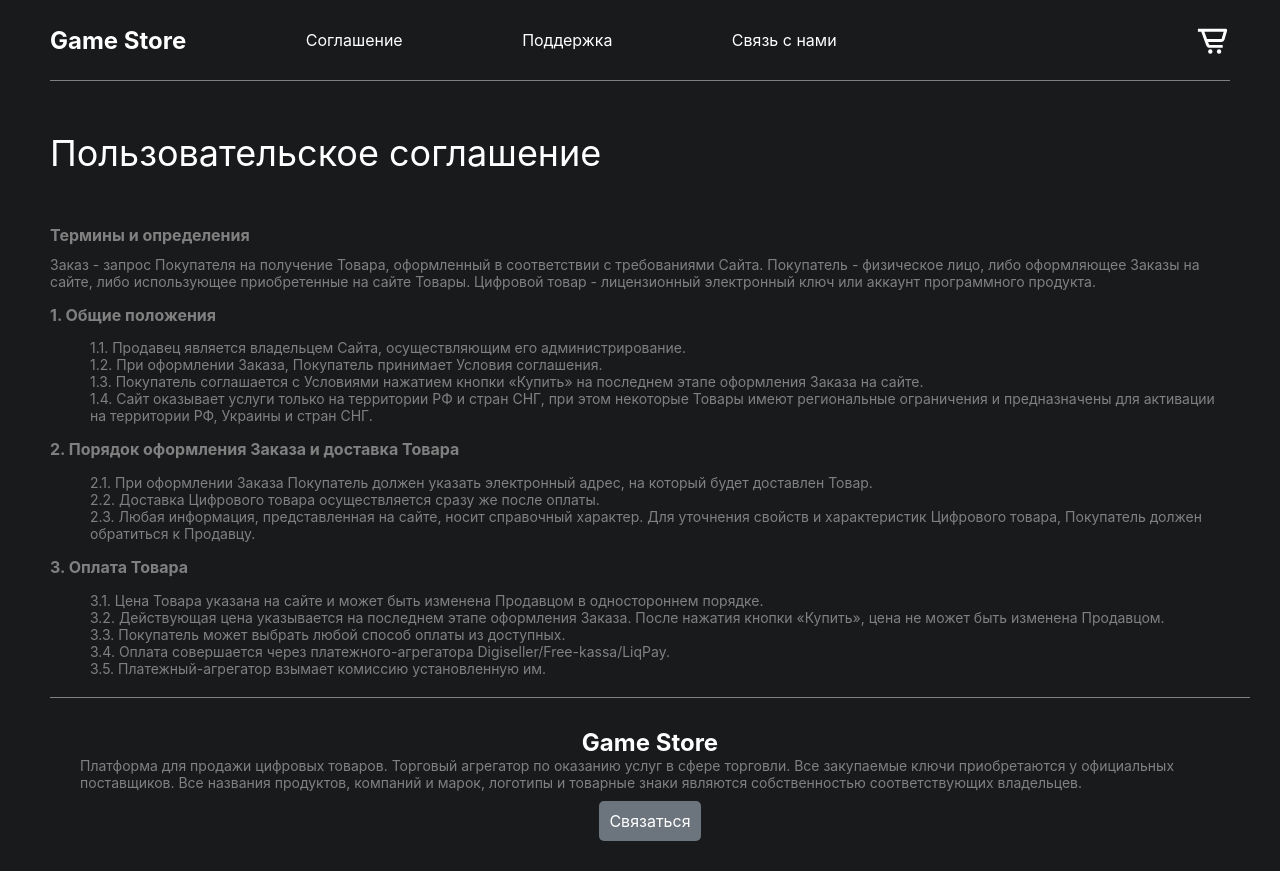
Repository: Minkeani/GameStore
Page: /agreement
The author's editor kept a copy of each file at every save. The page is drawn from the files as they stood at one save, then again after the next save.
The browser window is 1280 px wide. The pictures show the whole page.
The project was rebuilt for these pictures with package versions that can differ from the ones it lists, and the page was loaded fresh each time. Also part of the build but not shown: src/components/ItemsInCart/ItemsInCart.css, src/components/ItemsInCart/ItemsInCart.jsx, src/components/CartMenu/CartMenu.css, src/components/Btn/Btn.css, src/components/Btn/Btn.jsx, src/components/CartItem/CartItem.css, src/components/CartItem/CartItem.jsx, src/components/utils/utils.js and 18 more.

Above is the page before, as saved 2022-09-11 11:49:13.

### src/index.js
import React from 'react';
import ReactDOM from 'react-dom/client';
import './index.css';
import App from './App';
import reportWebVitals from './reportWebVitals';

const root = ReactDOM.createRoot(document.getElementById('root'));
root.render(
    <App />
);

### src/index.css
body {
  margin: 0;
  min-height: 100%;
  font-family: -apple-system, BlinkMacSystemFont, 'Segoe UI', 'Roboto', 'Oxygen',
    'Ubuntu', 'Cantarell', 'Fira Sans', 'Droid Sans', 'Helvetica Neue',
    sans-serif;
  -webkit-font-smoothing: antialiased;
  -moz-osx-font-smoothing: grayscale;
    background-color: rgb(25, 26, 28);
}

code {
  font-family: source-code-pro, Menlo, Monaco, Consolas, 'Courier New',
    monospace;
}

.App {
  max-width: 1180px;;
  margin: 0 auto;
  padding: 0 40px;
  color: white;
}

a {
  color: white;
  text-decoration: none;
}

.secondary-text {
  color: rgb(80, 82, 84);
}

### src/App.js
import { BrowserRouter, Routes, Route } from "react-router-dom";
import Header from "./components/Header/Header";
import { Provider } from "react-redux";
import GamePage from "./components/GamePage/GamePage";
import OrderPage from "./components/OrderPage/OrderPage";
import HomePage from "./pages/HomePage/HomePage";
import {store} from './redux'
import Agreement from "./components/Agreement/Agreement";
import Footer from "./components/Footer/Footer";
import Support from "./components/Support/Support";


function App() {
  return (
    <Provider store={store}>
    <BrowserRouter>
      <div className="App">
        <Header />
        <Routes>
          <Route path="/" element={<HomePage />} />
          <Route path="/app/:title" element={<GamePage />} />
          <Route path="/order" element={<OrderPage />} />
          <Route path="/agreement" element={<Agreement />} />
          <Route path="/support" element={<Support />} />
        </Routes>
        <Footer/>
      </div>
    </BrowserRouter>
    </Provider>
  );
}

export default App;

### src/components/Header/Header.js
import React from 'react'
import { Link } from 'react-router-dom'
import CartBlock from '../CartBlock/CartBlock'
import './Header.css'

export default function Header() {
  return (
    <div className="header">
      <div className="wrapper">
            <Link to='/' className='header__store-title'>Game Store</Link>
            <Link to='/Agreement'>Соглашение</Link>
            <Link to='/support'>Поддержка</Link>
            <a to='/'>Связь с нами</a>

      </div>
      <div className="wrapper header__cart-btn-wrapper">
        <CartBlock/>
      </div>
    </div>
  )
}

### src/redux/index.js
import { configureStore } from '@reduxjs/toolkit';
import gamesReducer from './games/gamesReducer';
import reducerCart from './cart/reducerCart';

export const store = configureStore({
    reducer: {
        games: gamesReducer,
        cart: reducerCart
    }
  })

### src/components/Agreement/Agreement.jsx
import React from "react";
import Title from "../Ui/Title/Title";
import BigTitle from "../Ui/BigTitle/BigTitle";
import P from "../Ui/P/P";
import "./Agreement.css";

const Agreement = () => {
  return (
    <div>
      <BigTitle>Пользовательское соглашение</BigTitle>
      <Title>Термины и определения</Title>
      <P>
        Заказ - запрос Покупателя на получение Товара, оформленный в
        соответствии с требованиями Сайта. Покупатель - физическое лицо, либо
        оформляющее Заказы на сайте, либо использующее приобретенные на сайте
        Товары. Цифровой товар - лицензионный электронный ключ или аккаунт
        программного продукта.
      </P>
      <Title>1. Общие положения</Title>
      <P>
        <ul className="list">
          <li>
            1.1. Продавец является владельцем Сайта, осуществляющим его
            администрирование.
          </li>
          <li>
            1.2. При оформлении Заказа, Покупатель принимает Условия соглашения.
          </li>
          <li>
            1.3. Покупатель соглашается с Условиями нажатием кнопки «Купить» на
            последнем этапе оформления Заказа на сайте.
          </li>
          <li>
            1.4. Сайт оказывает услуги только на территории РФ и стран СНГ, при
            этом некоторые Товары имеют региональные ограничения и предназначены
            для активации на территории РФ, Украины и стран СНГ.
          </li>
        </ul>
      </P>
      <Title>2. Порядок оформления Заказа и доставка Товара</Title>
      <P>
        <ul className="list">
          <li>
            2.1. При оформлении Заказа Покупатель должен указать электронный
            адрес, на который будет доставлен Товар.
          </li>
          <li>
            2.2. Доставка Цифрового товара осуществляется сразу же после оплаты.
          </li>
          <li>
            2.3. Любая информация, представленная на сайте, носит справочный
            характер. Для уточнения свойств и характеристик Цифрового товара,
            Покупатель должен обратиться к Продавцу.
          </li>
          <li></li>
        </ul>
      </P>
      <Title>3. Оплата Товара</Title>
      <P>
        <ul className="list">
          <li>
            3.1. Цена Товара указана на сайте и может быть изменена Продавцом в
            одностороннем порядке.
          </li>
          <li>
            3.2. Действующая цена указывается на последнем этапе оформления
            Заказа. После нажатия кнопки «Купить», цена не может быть изменена
            Продавцом.
          </li>
          <li>
            3.3. Покупатель может выбрать любой способ оплаты из доступных.
          </li>
          <li>
            3.4. Оплата совершается через платежного-агрегатора
            Digiseller/Free-kassa/LiqPay.
          </li>
          <li>3.5. Платежный-агрегатор взымает комиссию установленную им.</li>
        </ul>
      </P>
    </div>
  );
};

export default Agreement;

### src/components/Footer/Footer.jsx
import React from "react";
import "./Footer.css";
import { Link } from "react-router-dom";
import P from "../Ui/P/P";

const Footer = () => {
  return (
    <footer className="footer">
      <div className="wrapper__footer">
        <Link to="/" className="header__store-title">
          Game Store
        </Link>

        <div>
          <P>
            Платформа для продажи цифровых товаров. Торговый агрегатор по
            оказанию услуг в сфере торговли. Все закупаемые ключи приобретаются
            у официальных поставщиков. Все названия продуктов, компаний и марок,
            логотипы и товарные знаки являются собственностью соответствующих
            владельцев.
          </P>
          <a href="https://linktr.ee/minkeani" target="blank">
            Связаться
          </a>
        </div>
      </div>
    </footer>
  );
};

export default Footer;

### src/components/CartBlock/CartBlock.jsx
import React, { useState, useCallback } from "react";
import "./CartBlock.css";
import { useSelector } from "react-redux";
import { BiCartAlt } from "react-icons/bi";
import ItemsInCart from "../ItemsInCart/ItemsInCart";
import CartMenu from "../CartMenu/CartMenu";
import { useNavigate } from "react-router-dom";

export default function CartBlock() {
  const items = useSelector((state) => state.cart.itemsInCart);
  const totalPrice = items.reduce((acc, game) => (acc += game.price), 0);
  const [isCartMenuVisible, setCartMenuVisible] = useState(false)

  const navigate = useNavigate()

  const handleClick = useCallback(() => {
    setCartMenuVisible(false)
    navigate('/order')
  }, [navigate])

  return (
    <div className="cart-block">
      <ItemsInCart quantity={items.length}/>
      <BiCartAlt size={35} className="cart-icon" onClick={() => setCartMenuVisible(!isCartMenuVisible)} />
      {totalPrice > 0 ? (
        <span className="total-price">{totalPrice} руб</span>
      ) : null}

     {isCartMenuVisible ? <CartMenu items={items} onClick={handleClick} /> : ''}
    </div>
  );
}

### src/components/Header/Header.css
.header {
    height: 80px;
    display: flex;
    align-items: center;
    justify-content: space-between;
    margin-bottom: 30px;
    border-bottom: 1px solid gray
}

.wrapper {
    display: flex;
    flex-grow: 1;
    align-items: center;
    justify-content: space-between;

}

.wrapper a{

}

.header__store-title {
    color: white;
    text-decoration: none;
    font-size: 24px;
    font-weight: bold;
}

.header__cart-btn-wrapper {
    justify-content: flex-end;
}

### src/redux/games/gamesReducer.js
import { createSlice } from '@reduxjs/toolkit'

const gamesSlice = createSlice({
  name: 'games',
  initialState: {
    currentGame: null
  },
  reducers: {
    setCurrentGame: (state, action) => {
      state.currentGame = action.payload
    },
  }
});

export const { setCurrentGame } = gamesSlice.actions;
export default gamesSlice.reducer;

### src/redux/cart/reducerCart.js
import { createSlice } from "@reduxjs/toolkit";

const cartSlice = createSlice({
    name: 'cart',
    initialState: {
        itemsInCart: []
    },
    reducers: {
        setItemInCart: (state, action) => {
            state.itemsInCart.push(action.payload)
    },
        deleteItemFromCart: (state, action) => {
        state.itemsInCart = state.itemsInCart.filter(game => game.id !== action.payload)
    }
}
});

export const {setItemInCart, deleteItemFromCart} = cartSlice.actions;
export default cartSlice.reducer;

### src/components/Ui/Title/Title.jsx
import React from 'react';
import './Title.css'

const Title = ({children}) => {
    return (
        <div className='Title'>
            {children}
        </div>
    );
}

export default Title;

### src/components/Ui/BigTitle/BigTitle.jsx
import React from 'react';
import './BigTitle.css'

const BigTitle = ({children}) => {
    return (
        <h2 className='BigTitle'>
            {children}
        </h2>
    );
}

export default BigTitle;

### src/components/Ui/P/P.jsx
import React from 'react';
import './P.css'

const P = ({children}) => {
    return (
        <div className='paragraph'>
            {children}
        </div>
    );
}

export default P;

### src/components/Agreement/Agreement.css
.list li{
    list-style-type: none
}

### src/components/Footer/Footer.css
.footer {
    height: 100%;
    padding: 10px;
    width: 100%;
    display: flex;
    flex-grow: 1;
    position: relative;
    margin-bottom: 0;
    margin-top: 20px;
    border-top: 1px solid gray
}

.wrapper__footer {
    display: flex;
    margin: 20px;
    flex-grow: 1;
    flex-direction: column;
    align-items: center;
    justify-content: space-between;
}

.wrapper__footer div {
    display: flex;
    align-items: center;
    justify-content: center;
    flex-direction: column
}
.wrapper__footer div a{
    color: #ffffff;
    background-color: #6c757d;
    border: none;
    padding: 10px;
    border-radius: 5px;
}

.wrapper__footer div a:hover{
    color: #ffffff;
    background-color:  #3e4042;
}

### src/components/CartBlock/CartBlock.css
.cart-block {
    display: flex;
    align-items: center;
    position: relative;
}

.total-price {
    margin-left: 15px;
    font-size: 18px;
    font-weight: bold;
}

.cart-icon {
    cursor: pointer;
    position: relative;
}

### src/components/Ui/Title/Title.css
.Title {
    color: gray;
    font-weight: 700;
    line-height: 1.3;
    margin: 15px 0 10px;
}

### src/components/Ui/BigTitle/BigTitle.css
.BigTitle {
    font-size: 36px;
    font-weight: 400;
    color: #fff;
    padding: 20px 0;
}

### src/components/Ui/P/P.css
.paragraph {
    margin-bottom: 10px;
    color: gray;
    font-size: 14px;
    font-weight: 400;
    font-style: normal;
}

Loaded but not shown: public/index.html (common file); src/reportWebVitals.js (common file); src/components/Support/Support.css (no stored copy; drawn as an empty file)

After the next save:
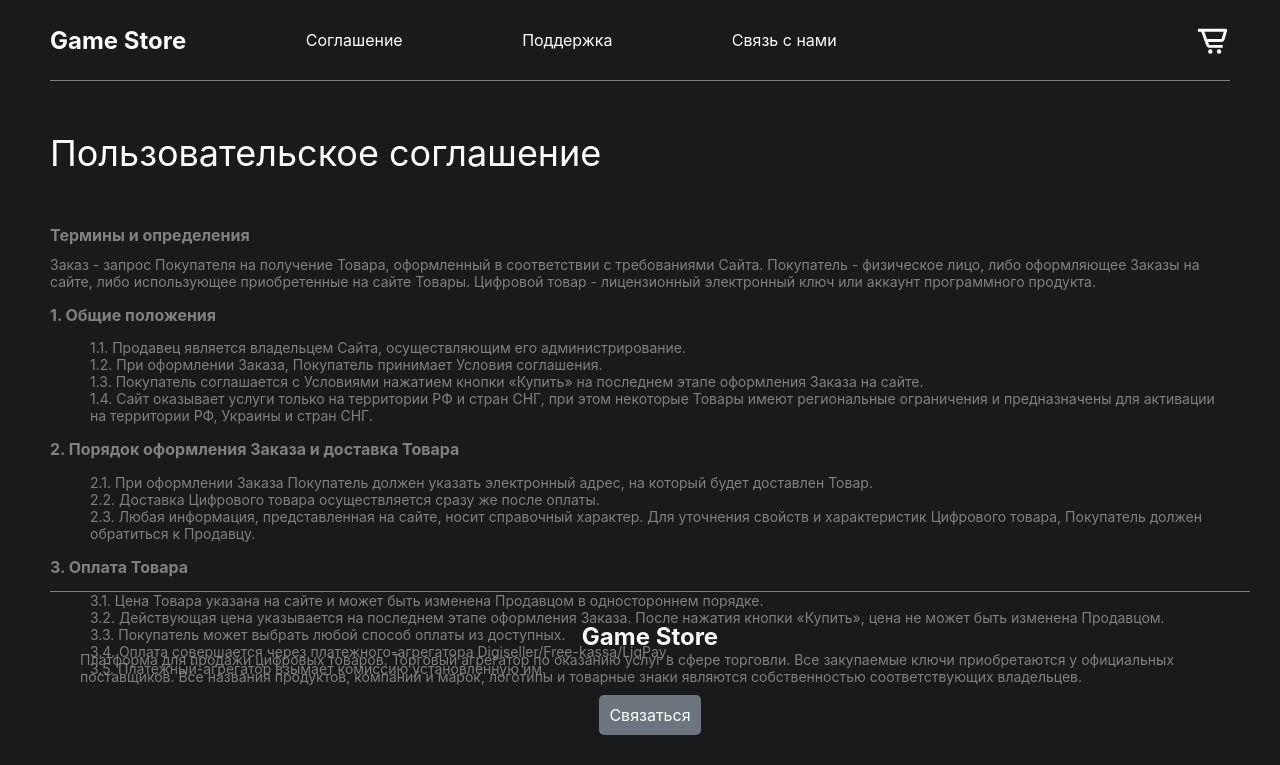
Saved 28 s later.
--- a/src/components/Footer/Footer.css
+++ b/src/components/Footer/Footer.css
@@ -2,11 +2,12 @@
     height: 100%;
     padding: 10px;
     width: 100%;
+    margin: -100px auto 0;
     display: flex;
     flex-grow: 1;
     position: relative;
-    margin-bottom: 0;
-    margin-top: 20px;
+    /* margin-bottom: 0;
+    margin-top: 20px; */
     border-top: 1px solid gray
 }
 
